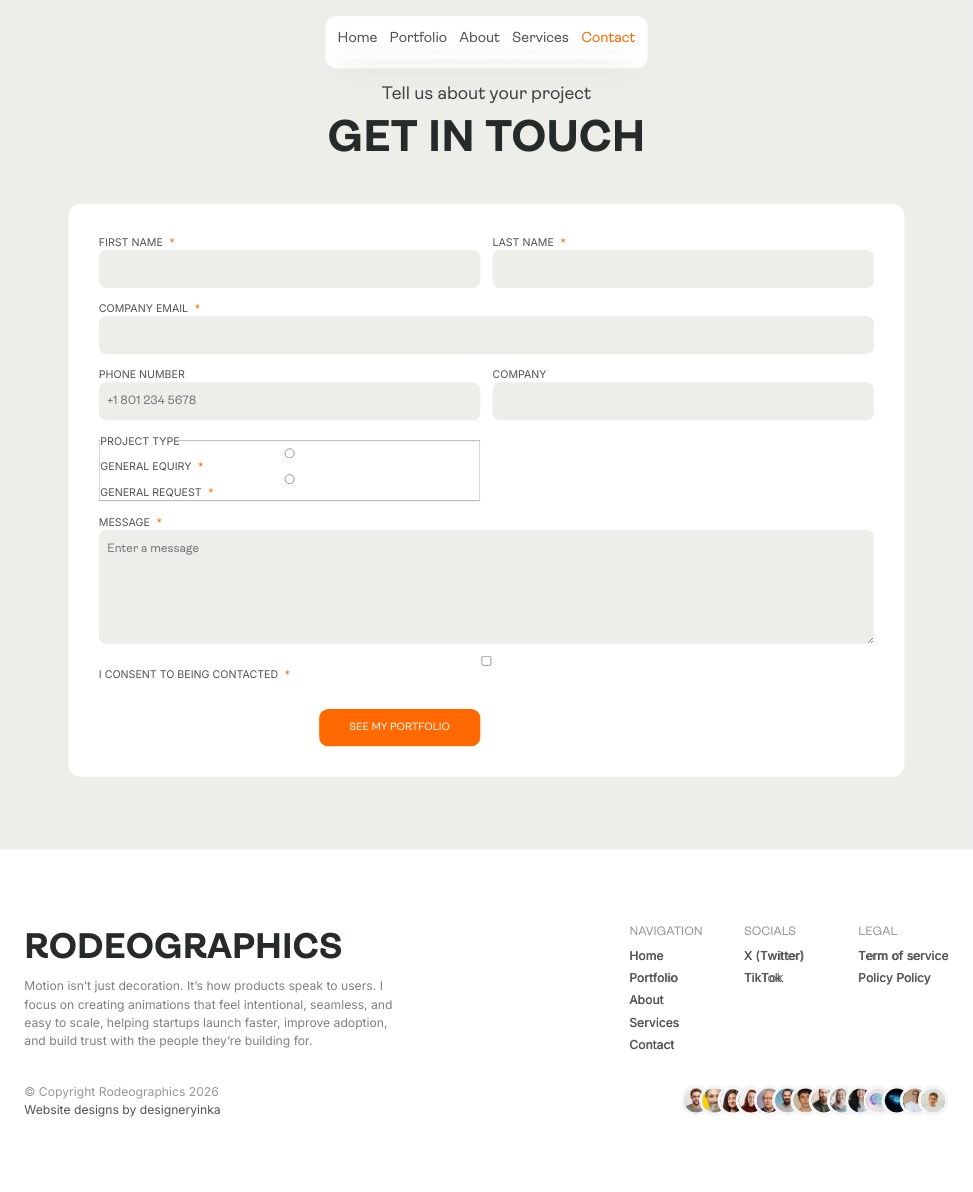
Repository: Ajeyinka/RodeoGraphics
Page: contact.html
These files come from the project's save history. The page is drawn as it stood at one moment and after the next save; the edit follows.
The browser window is 1280 px wide. The pictures show the whole page, at 76% of full size.

Above is the page before, as saved 2026-02-21 21:55:42.
Console error: ReferenceError: gsap is not defined

After the next save:
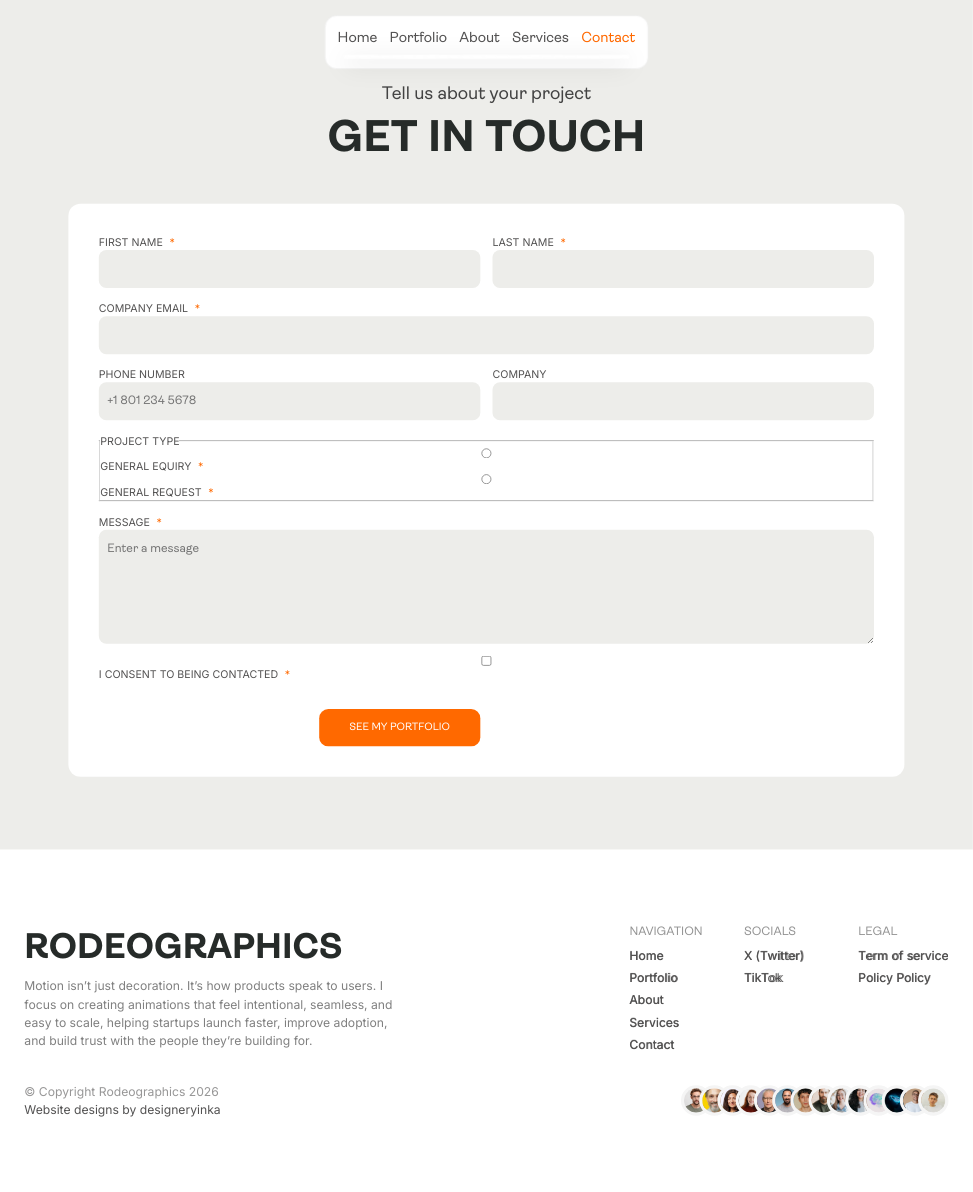
Saved 38 s later.
--- a/contact.html
+++ b/contact.html
@@ -135,10 +135,10 @@
                   />
                 </div>
 
-                <fieldset>
+                <fieldset class="span-all">
                   <legend>Project Type</legend>
 
-                  <div class="form-group span-all">
+                  <div class="form-group">
                     <input
                       type="radio"
                       id="general"
